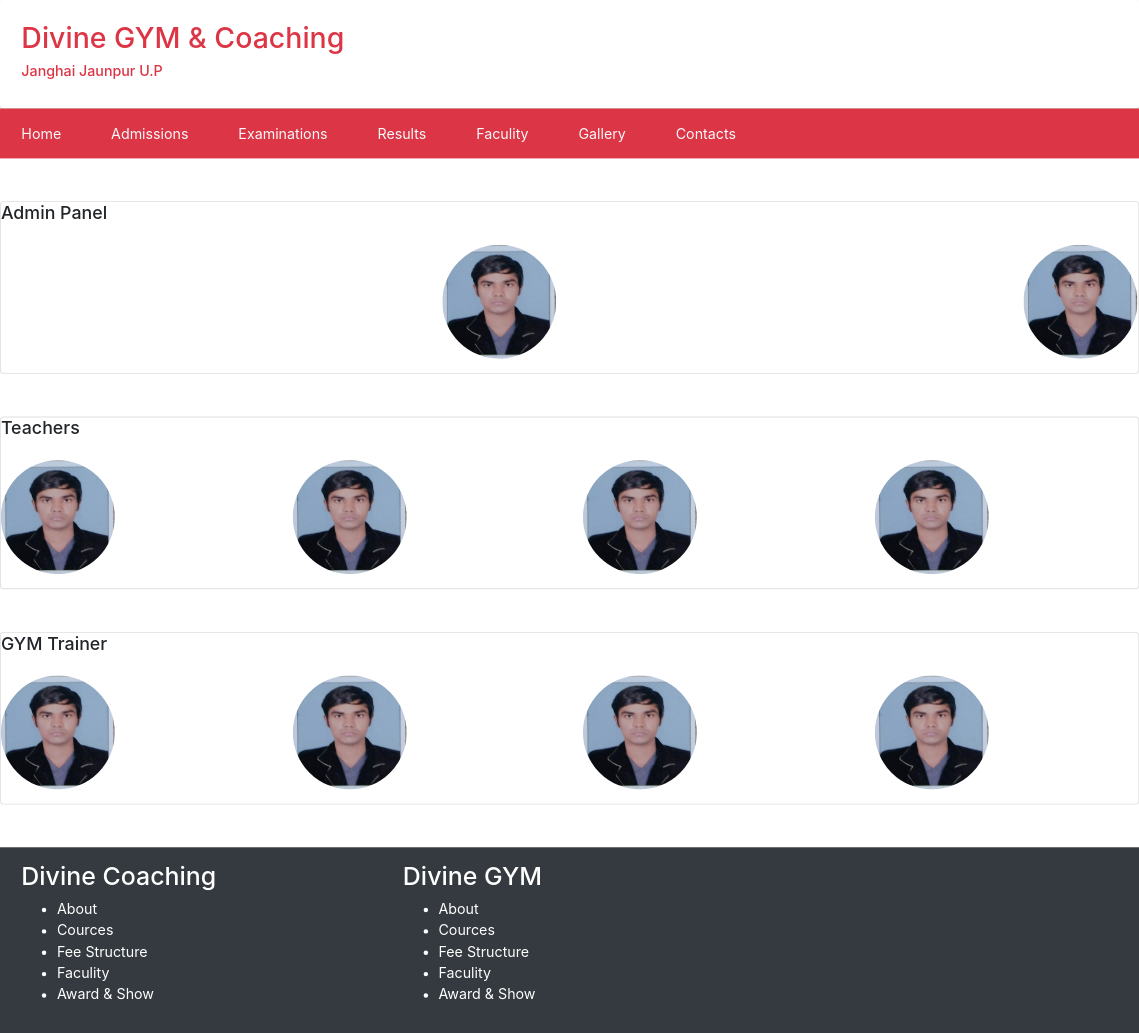
Repository: lalji-yadav/vikash-Coaching-frontend
Page: /faculity
An editor plug-in stored every save of this project. The page is shown before and after the next save, followed by the edit.
The browser window is 1280 px wide. The pictures show the whole page, at 89% of full size.
The project was rebuilt for these pictures with package versions that can differ from the ones it lists, and the page was loaded fresh each time. Also part of the build but not shown: src/index.css, src/home/home.js, src/component/admission/admission.js, src/component/examination/examination.js, src/component/results/result.js, src/component/gallery/gallery.js.

Above is the page before, as saved 2021-04-10 21:22:55.

After the next save:
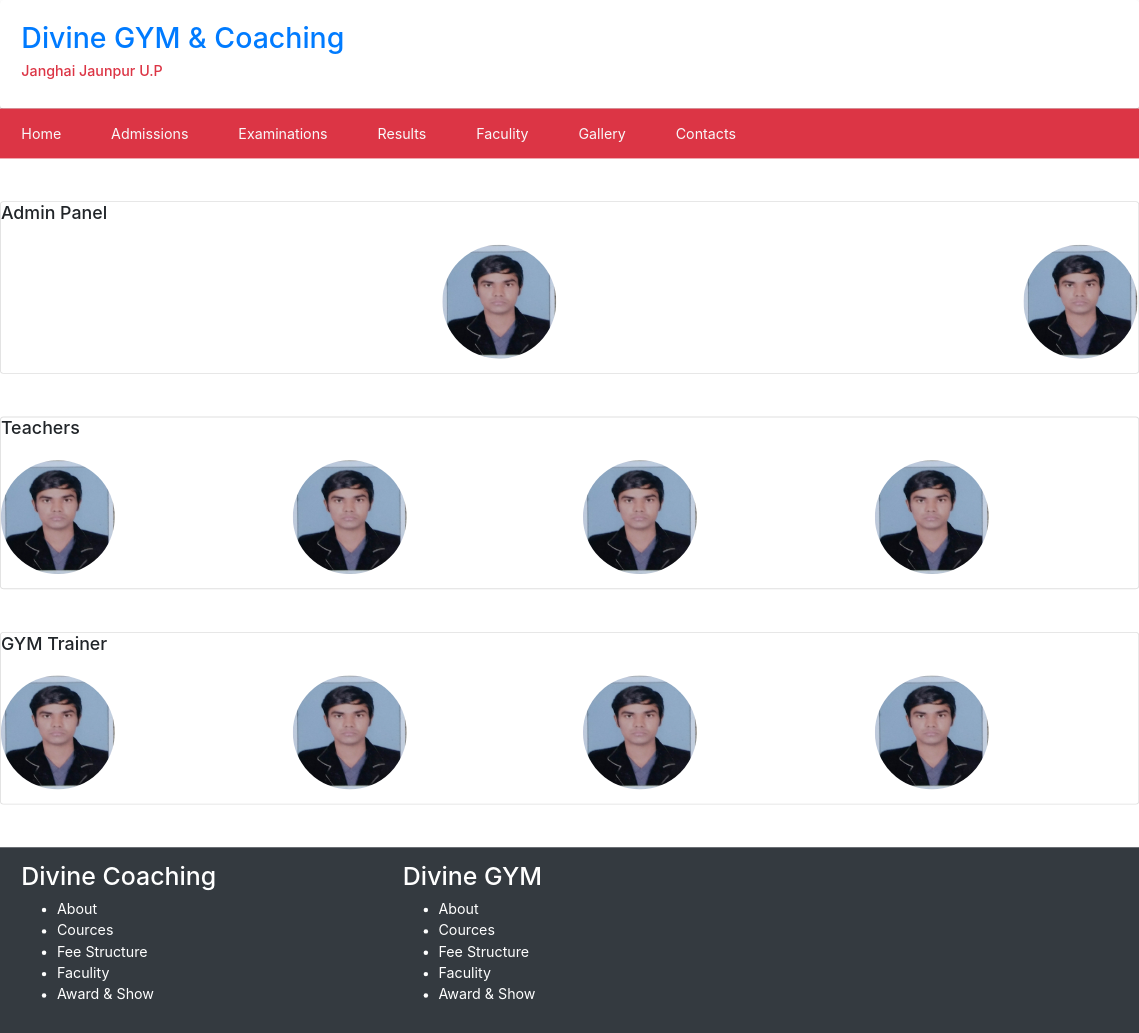
Saved 14 min 32 s later.
--- a/src/header/header.js
+++ b/src/header/header.js
@@ -15,7 +15,7 @@ class header extends Component {
         return (
             <div>
                 <Card className="py-4 pl-4">
-                    <h2 className="text-danger">Divine GYM & Coaching </h2>
+                    <h2 className="text-primary">Divine GYM & Coaching </h2>
                     <h6 className="text-danger">Janghai Jaunpur U.P</h6>
                 </Card>
 
